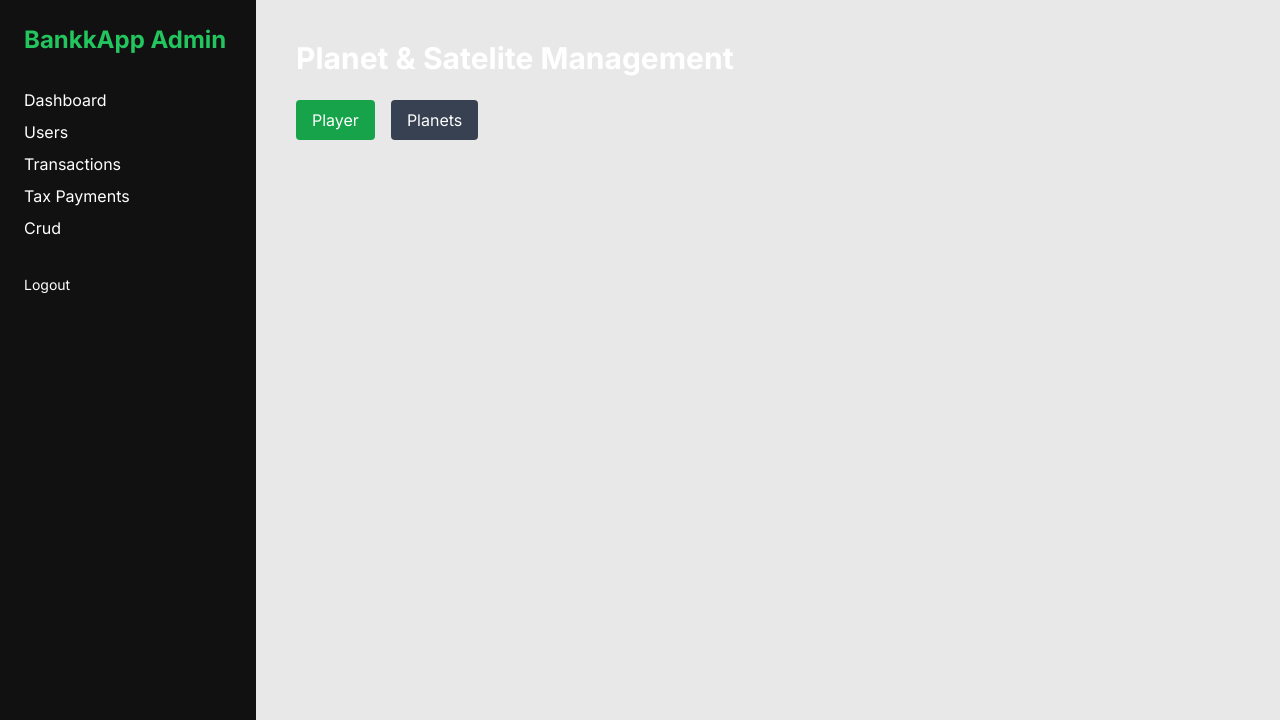
Repository: EraGashii/bnk_team
Page: /admin/crud (app in bnk/)
An editor plug-in stored every save of this project. The page is shown before and after a run of saves, followed by the edit.
The browser window is 1280 px wide. The pictures show the whole page.
The page's requests for data from a server got no answer. The project was rebuilt for these pictures with package versions that can differ from the ones it lists, and the page was loaded fresh each time. The framework's server and built-in components were replaced by stand-ins that run in the browser. No one was signed in, and anything a server would have sent is missing. Also part of the build but not shown: bnk/next.config.mjs.

Above is the page before, as saved 2025-05-07 21:42:20.

After the next 5 saves:
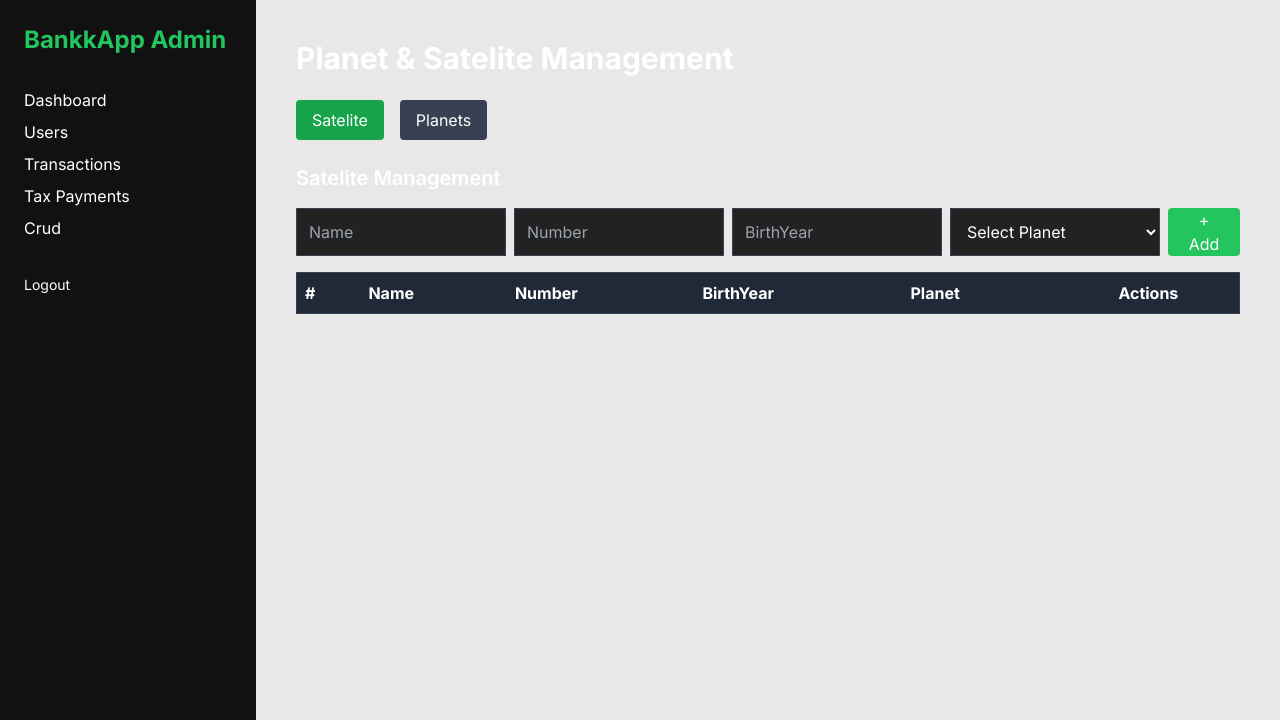
The 5 saves are shown as one change because 2 did not build or start and some came seconds apart.
The last was saved 36 s later.
--- a/bnk/app/admin/crud/page.tsx
+++ b/bnk/app/admin/crud/page.tsx
@@ -115,22 +115,22 @@ const PlanetSateliteManager: React.FC = () => {
       <main className="flex-1 p-10">
         <h1 className="text-3xl font-bold mb-6">Planet & Satelite Management</h1>
         <div className="flex space-x-4 mb-6">
-          <button className={`px-4 py-2 rounded ${tab === "Satelite" ? "bg-green-600 text-white" : "bg-gray-700"}`} onClick={() => setTab("Satelit")}>Player</button>
+          <button className={`px-4 py-2 rounded ${tab === "Satelite" ? "bg-green-600 text-white" : "bg-gray-700"}`} onClick={() => setTab("Satelite")}>Satelite</button>
           <button className={`px-4 py-2 rounded ${tab === "Planets" ? "bg-green-600 text-white" : "bg-gray-700"}`} onClick={() => setTab("Planets")}>Planets</button>
         </div>
 
-        {tab === "Player" && (
+        {tab === "Satelite" && (
           <div>
-            <h2 className="text-xl font-semibold mb-4">Player Management</h2>
+            <h2 className="text-xl font-semibold mb-4">Satelite Management</h2>
             <div className="flex gap-2 mb-4">
-              <input type="text" name="Name" placeholder="Name" value={PlayerData.Name} onChange={handlePlayerInput} className="bg-[#222] text-white border border-gray-700 px-3 py-2 w-1/4" />
-              <input type="number" name="Number" placeholder="Number" value={PlayerData.Number} onChange={handlePlayerInput} className="bg-[#222] text-white border border-gray-700 px-3 py-2 w-1/4" />
-              <input type="number" name="BirthYear" placeholder="BirthYear" value={PlayerData.BirthYear} onChange={handlePlayerInput} className="bg-[#222] text-white border border-gray-700 px-3 py-2 w-1/4" />
-              <select name="PlanetId" value={PlayerData.PlanetId} onChange={handlePlayerInput} className="bg-[#222] text-white border border-gray-700 px-3 py-2 w-1/4">
+              <input type="text" name="Name" placeholder="Name" value={SateliteData.Name} onChange={handleSateliteInput} className="bg-[#222] text-white border border-gray-700 px-3 py-2 w-1/4" />
+              <input type="number" name="Number" placeholder="Number" value={SateliteData.Number} onChange={handleSateliteInput} className="bg-[#222] text-white border border-gray-700 px-3 py-2 w-1/4" />
+              <input type="number" name="BirthYear" placeholder="BirthYear" value={SateliteData.BirthYear} onChange={handleSateliteInput} className="bg-[#222] text-white border border-gray-700 px-3 py-2 w-1/4" />
+              <select name="PlanetId" value={SateliteData.PlanetId} onChange={handleSateliteInput} className="bg-[#222] text-white border border-gray-700 px-3 py-2 w-1/4">
                 <option value="">Select Planet</option>
                 {Planets.map((t) => <option key={t.PlanetId} value={t.PlanetId}>{t.Name}</option>)}
               </select>
-              <button onClick={handleAddPlayer} className="bg-green-500 text-white px-4 rounded">+ Add</button>
+              <button onClick={handleAddSatelite} className="bg-green-500 text-white px-4 rounded">+ Add</button>
             </div>
 
             <table className="min-w-full border border-gray-700">
@@ -146,7 +146,7 @@ const PlanetSateliteManager: React.FC = () => {
                 </tr>
               </thead>
               <tbody className="bg-[#111]">
-                {Player.map((p, i) => (
+                {Satelite.map((p, i) => (
                   <tr key={p.Id} className="border-t border-gray-700">
                     <td className="p-2">{i + 1}</td>
                     <td className="p-2">{p.Name}</td>
@@ -154,7 +154,7 @@ const PlanetSateliteManager: React.FC = () => {
                     <td className="p-2">{p.BirthYear}</td>
                     <td className="p-2">{p.Planet?.Name ||"N/A"}</td>
                     <td className="p-2 text-center">
-                      <button className="text-red-500 hover:text-red-600" onClick={() => handleDeletePlayer(p.Id)}>
+                      <button className="text-red-500 hover:text-red-600" onClick={() => handleDeleteSatelite(p.Id)}>
                         <FiTrash2 size={18} />
                       </button>
                     </td>
